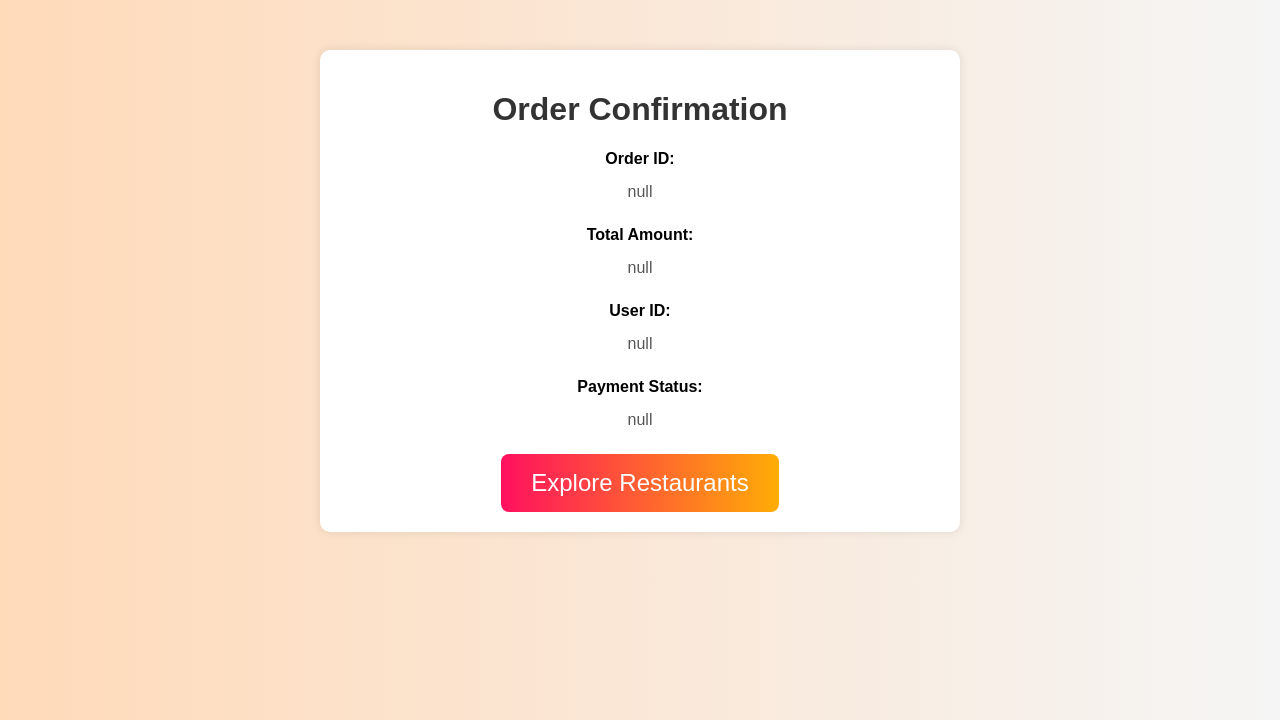
Repository: SWATHIBHUMA/FoodDelivaryApp
Page: http://localhost/FoodDelivaryApp/orderConfirmation.jsp
These files come from the project's save history. The page is drawn as it stood at one moment and after the next save; the edit follows.
The browser window is 1280 px wide. The pictures show the whole page.
The page is served by Tomcat 9.

Above is the page before, as saved 2024-01-16 07:25:54.

After the next save:
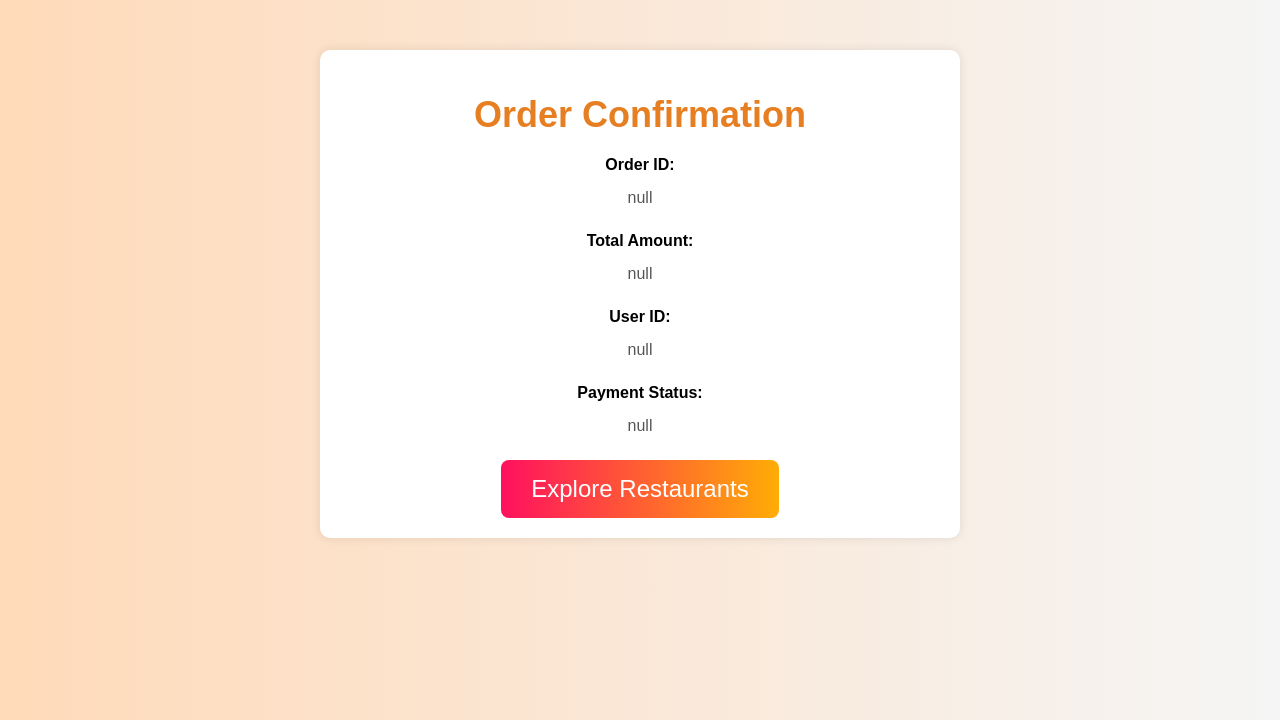
Saved 63 s later.
--- a/FoodDelivaryApp/src/main/webapp/orderConfirmation.jsp
+++ b/FoodDelivaryApp/src/main/webapp/orderConfirmation.jsp
@@ -36,8 +36,34 @@
         }
 
         h1 {
-            color: #333;
-        }
+			color: #e67e22;
+			/* Dark orange text */
+			margin-bottom: 20px;
+			font-size: 36px;
+			/* Increased font size */
+			animation: bounce 1s forwards;
+			/* Change infinite to forwards for single time bounce */
+		}
+
+		@keyframes bounce {
+
+			0%,
+			20%,
+			50%,
+			80%,
+			100% {
+				transform: translateY(0);
+			}
+
+			40% {
+				transform: translateY(-20px);
+			}
+
+			60% {
+				transform: translateY(-10px);
+			}
+		}
+
 
         p {
             color: #555;
